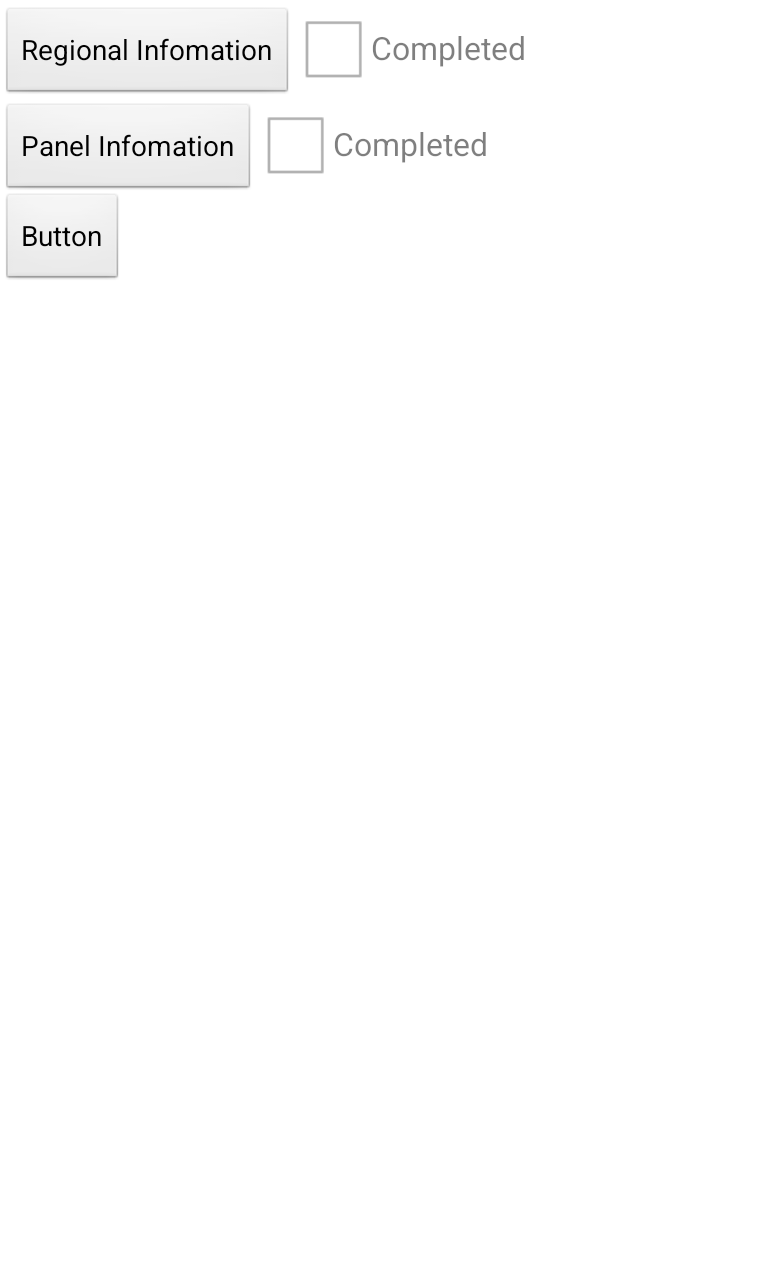
Repository: INBASD/Solar-Power-Project
Layout: Solar power calculator android/res/layout/menu.xml
The author's editor kept a copy of each file at every save. The layout is drawn from the files as they stood at one save, then again after the next save.
It is drawn on a 768 x 1280 px phone screen (xhdpi) without system bars, with theme AppTheme; the app's code is not run.

Above is the layout before, as saved 2012-09-08 04:31:48.

After the next save:
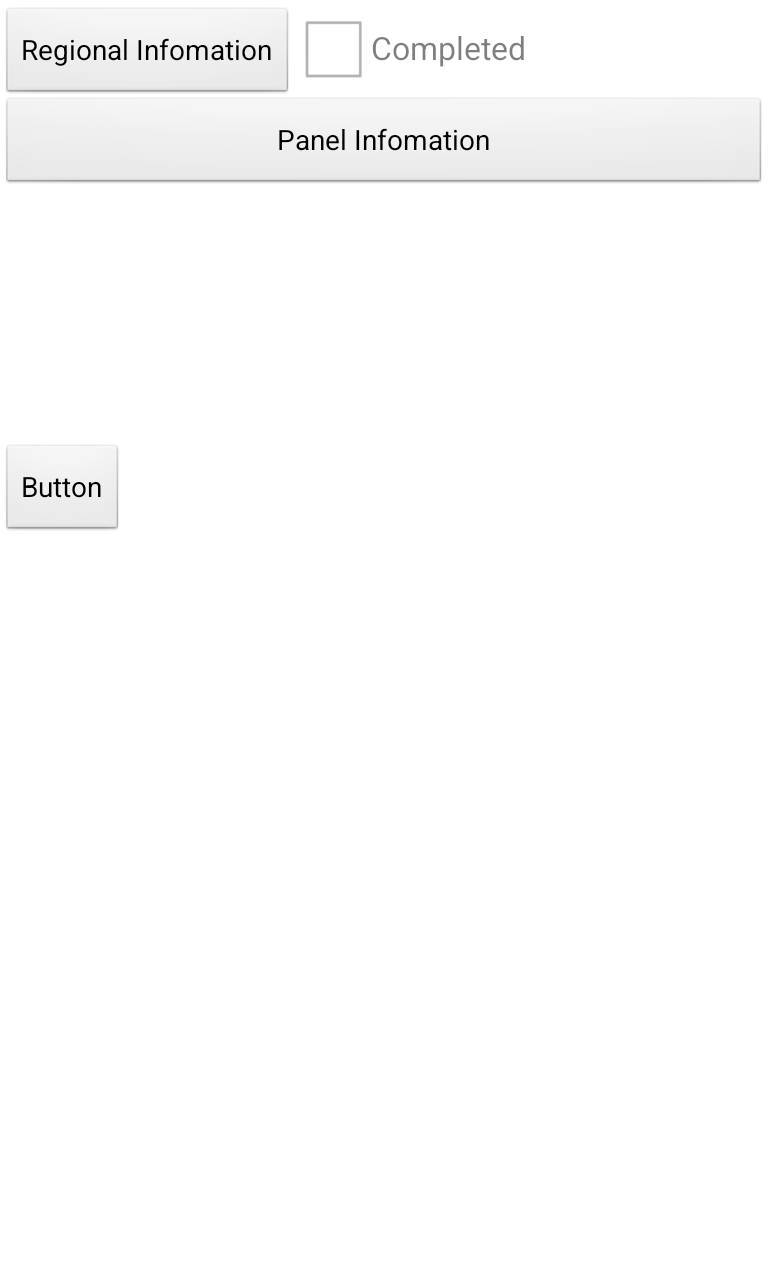
Saved 30 s later.
--- a/Solar power calculator android/res/layout/menu.xml
+++ b/Solar power calculator android/res/layout/menu.xml
@@ -29,7 +29,7 @@
 
         <Button
             android:id="@+id/button2"
-            android:layout_width="wrap_content"
+            android:layout_width="fill_parent"
             android:layout_height="wrap_content"
             android:text="@string/pnlInfo" />
 
